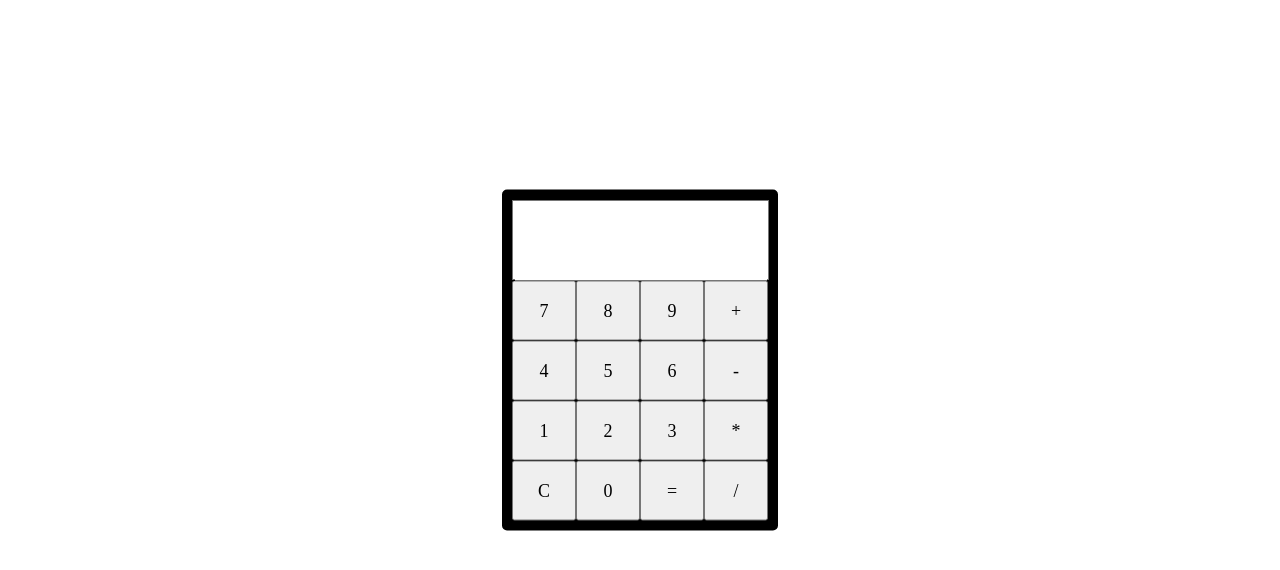
Repository: rajratangm/xcalculator
Page: /
These files come from the project's save history. The page is drawn as it stood at one moment and after the next save; the edit follows.
The browser window is 1280 px wide. The pictures show the whole page.
The project was rebuilt for these pictures with package versions that can differ from the ones it lists, and the page was loaded fresh each time. Also part of the build but not shown: vite.config.js.

Above is the page before, as saved 2024-04-03 11:09:13.

After the next save:
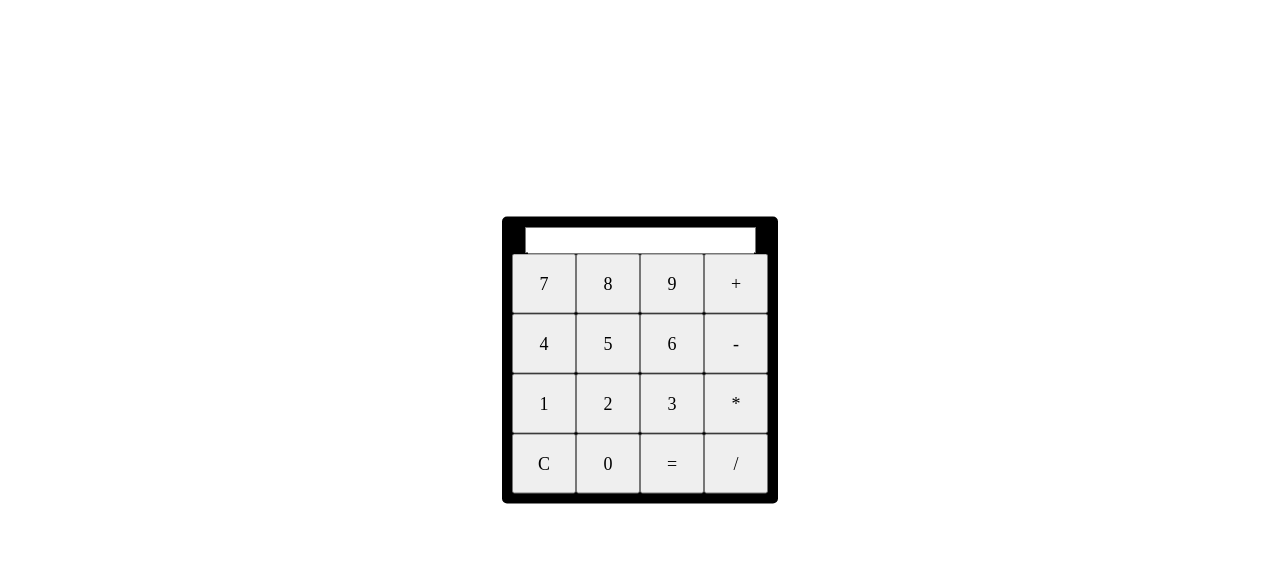
Saved 17 s later.
--- a/src/App.css
+++ b/src/App.css
@@ -31,9 +31,9 @@
 
 }
 
-input[type='text']{
+/* input[type='text']{
   height: 75px;
   width: 249px;
   /* background-color: black */
 
-}
+} */

After the save that followed:
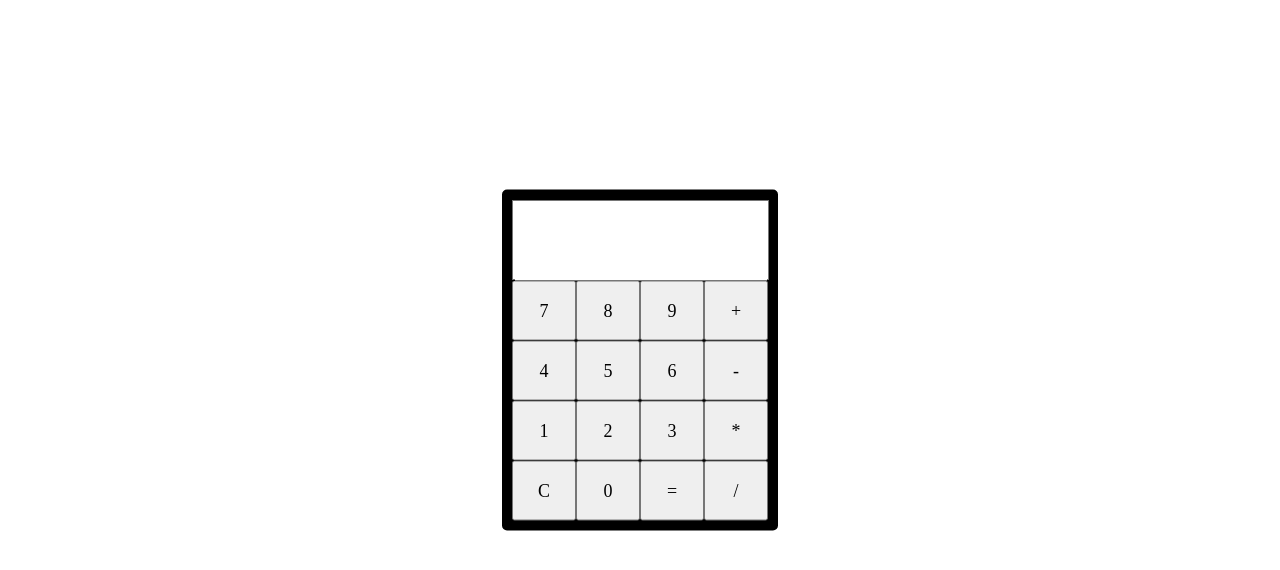
Saved 11 s later.
--- a/src/App.css
+++ b/src/App.css
@@ -31,9 +31,9 @@
 
 }
 
-/* input[type='text']{
+input[type='text']{
   height: 75px;
   width: 249px;
   /* background-color: black */
 
-} */
+}
